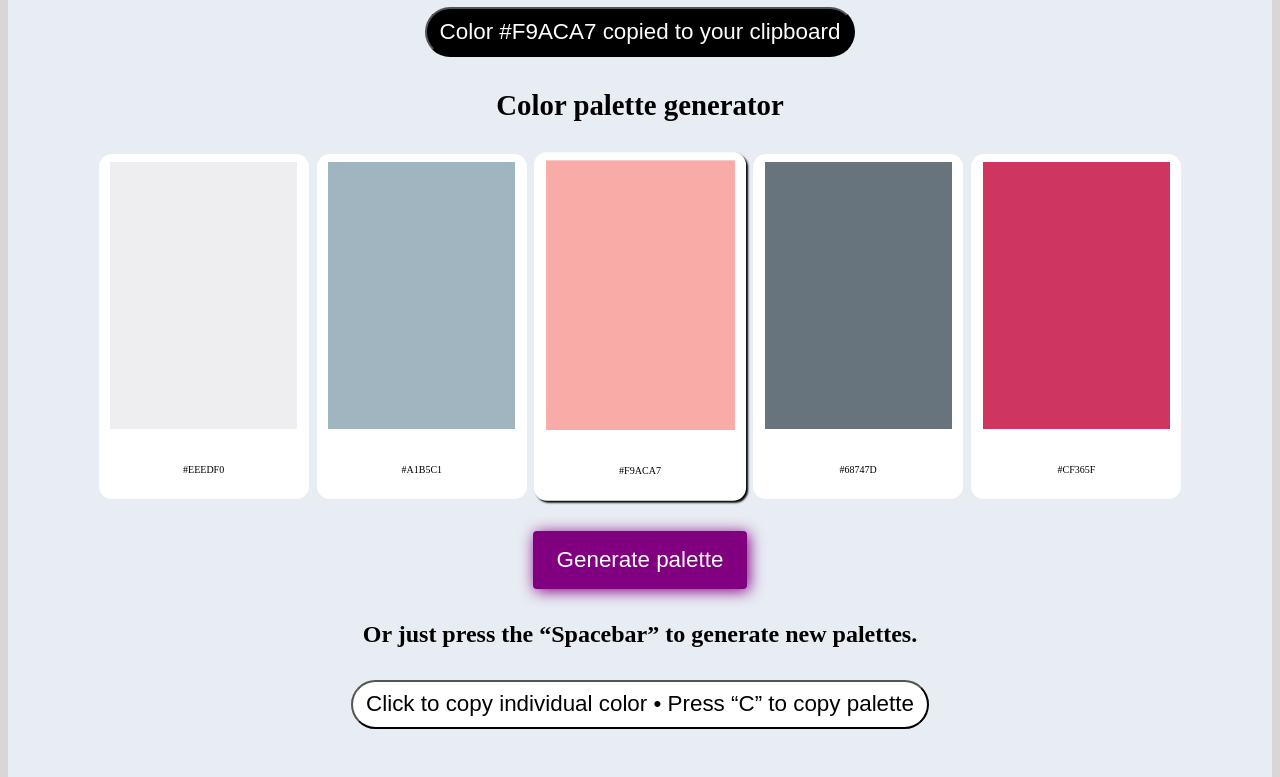
Repository: Hcmwebs/Color-Palette-Generator
Page: index.html
These files come from the project's save history. The page is drawn as it stood at one moment and after the next save; the edit follows.
The browser window is 1280 px wide. The pictures show the whole page.

Above is the page before, as saved 2020-07-07 11:07:40.

### index.html
<!DOCTYPE html>
<html lang="en">
<head>
    <meta charset="UTF-8">
    <meta name="viewport" content="width=device-width, initial-scale=1.0">
    <link rel="stylesheet" href="styles.css">
    <title>Color Pallete Generator</title>
</head>
<body>
    <div class="container">

        <button class="btn">Color #F9ACA7 copied to your clipboard</button>
        <h2>Color palette generator</h2>
        <div class="card">
            <div class="card__item">
                <div class="card__color card__color--lightPurpleish"></div>
                <div class="card__tag">#EEEDF0</div>
            </div>

            <div class="card__item">
                <div class="card__color card__color--lightBlueGreenish"></div>
                <div class="card__tag">#A1B5C1</div>
            </div>

            <div class="card__item card__item--active">
                <div class="card__color card__color--lightReddish"></div>
                <div class="card__tag">#F9ACA7</div>
            </div>

            <div class="card__item">
                <div class="card__color card__color--lightBluish"></div>
                <div class="card__tag">#68747D</div>
            </div>

            <div class="card__item">
                <div class="card__color card__color--reddish"></div>
                <div class="card__tag">#CF365F</div>
            </div>

        </div>
        <button class="btn btn--generate">Generate palette</button>
        <h3>Or just press the “Spacebar” to generate new palettes.</h3>
        <button class="btn btn--white">Click to copy individual color • Press “C” to copy palette</button>
    </div>
</body>
</html>

### styles.css
*¨{
    box-sizing: border-box;
    margin: 0;
    padding: 0;
}

body{
    font-weight: 300;
    font-size: 10px;
    display: flex;
    flex-direction: column;
    justify-content: center;
    align-items: center;
    height: 100vh;
    background-color:rgba(124, 107, 107, 0.274);
}
h2,
h3{
    font-weight: light;
    margin: 2rem ;
}
h2{
    font-size: 1.8rem;
}

h3{
    font-size: 1.5rem;
}
.container{
    width: 1400px;
    max-width: 100%;
    height: auto;
    margin: auto;
    padding: 3rem 0;
    display: flex;
    flex-direction: column;
    justify-content: space-around;
    align-items: center;
    background-color:#E8ECF3;
}

.btn{
    background-color:#000;
    color:#fff;
    font-size: 1.4rem;
    border-radius: 2.5rem;
    padding: 0.6rem 0.8rem;
    cursor: pointer;
    transition: all 1s ease-in-out;
}
.btn:hover{
    transform: scale(1.01);
}
.card{
    display: grid;
    grid-template-columns: repeat(5, 1fr);
    gap: 0.5rem;
    justify-content: center;

}
.card__item{
    width: 207px;
    height: 329px;
    padding: 0.5rem 0.1rem;
    border-radius:0.8rem;
    display: flex;
    flex-direction: column;
    justify-content: space-between;
    align-items: center;
    background-color:#fff;
}
.card__item--active{
    box-shadow: 2px 2px 2px ;
    transform: scale(1.01);
}

.card__color{
    content:"";
    width: 187px ;
    height: 251px;
    padding-bottom: 1rem ;

}
.card__color--lightPurpleish{
    background-color: #EEEDF0;

}

.card__color--lightBlueGreenish{
    background-color: #A1B5C1;

}

.card__color--lightReddish{
    background-color: #F9ACA7;

}

.card__color--lightBluish{
    background-color: #68747D;

}


.card__color--reddish{
    background-color: #CF365F;

}
.card__tag{
    margin-bottom:1rem;
}

.btn--generate{
    background-color:purple;
    color:#fff;
    border-radius:4px;
    border: none;
    margin-top: 2rem;
    padding: 1rem 1.5rem;
    cursor: pointer;
    box-shadow: 2px 2px 15px purple;
}
.btn--white{
    background-color: #fff;
    color:#000;
}


@media (max-width:600px){
    .container{
        width: 100%;
        height: auto;

    }
    .card{
        width: 100%;
        grid-template-columns: 1fr;
        justify-items: center;
    }

}
@media(max-width:900px){
    .card{
        grid-template-columns: repeat(2, 1fr);
        margin: auto;
    }
}

After the next save:
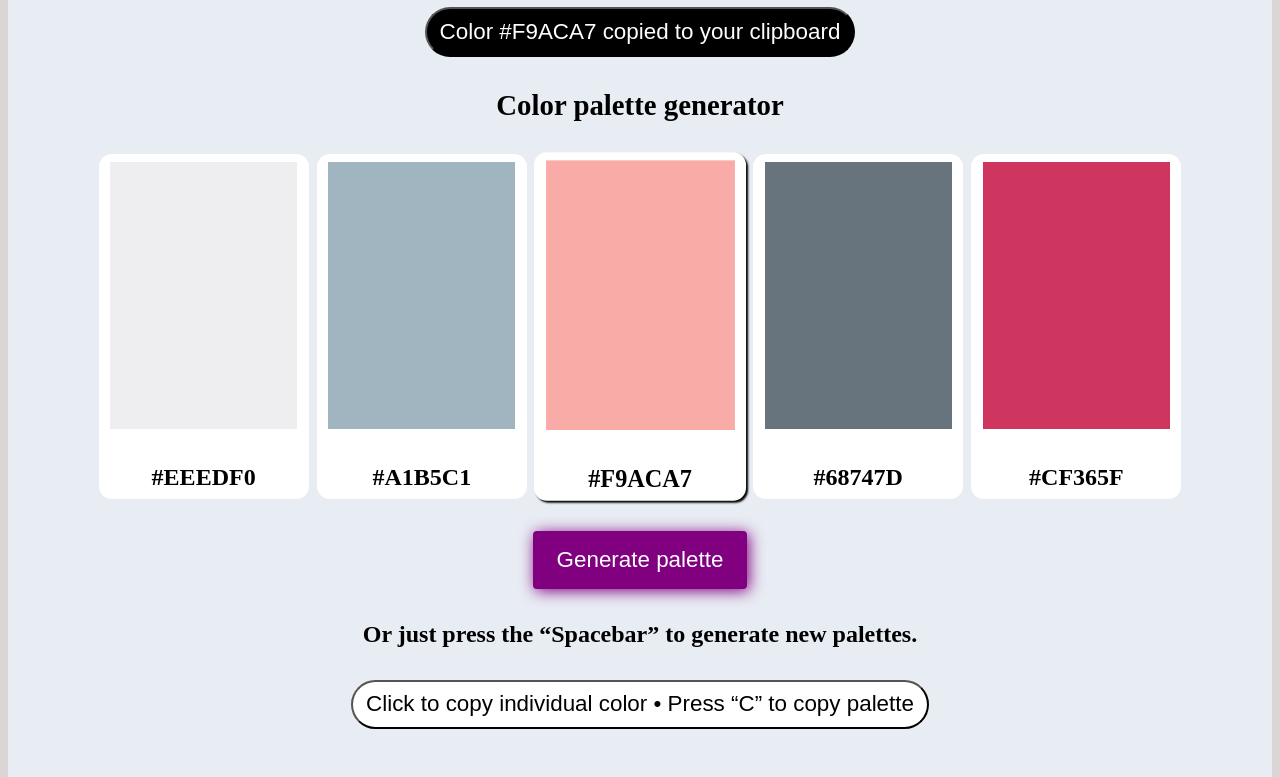
Saved 91 s later.
--- a/styles.css
+++ b/styles.css
@@ -107,7 +107,8 @@ h3{
 
 }
 .card__tag{
-    margin-bottom:1rem;
+    font-size:1.5rem;
+    font-weight: bold;
 }
 
 .btn--generate{
